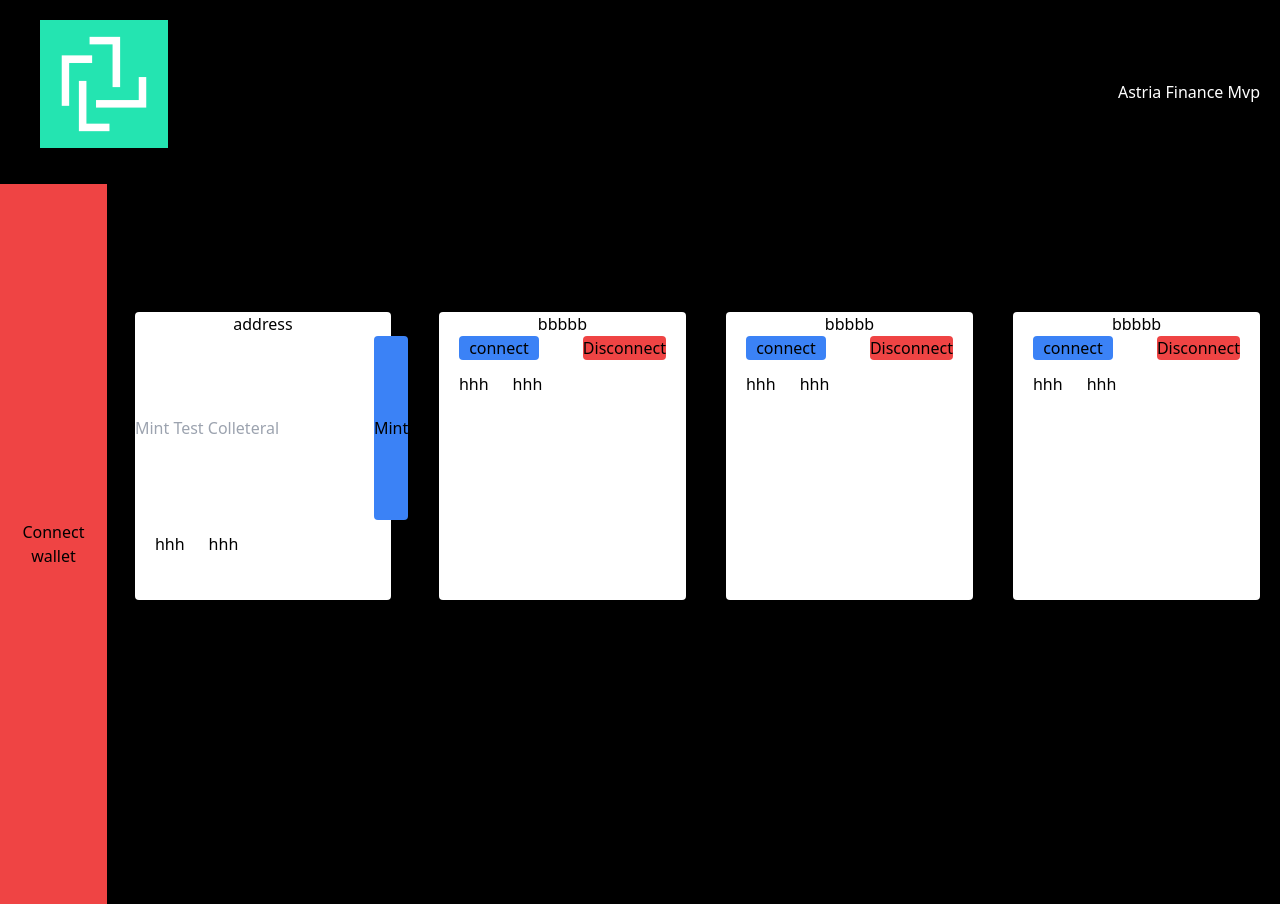
Repository: AstriaFinance/AstriaMvp
Page: /about
The author's editor kept a copy of each file at every save. The page is drawn from the files as they stood at one save, then again after the next save.
The browser window is 1280 px wide. The pictures show the whole page.
The project was rebuilt for these pictures with package versions that can differ from the ones it lists, and the page was loaded fresh each time. Also part of the build but not shown: src/components/About.jsx, src/components/Shop.jsx, src/components/ErrorPage.jsx.

Above is the page before, as saved 2022-06-21 16:13:36.

After the next save:
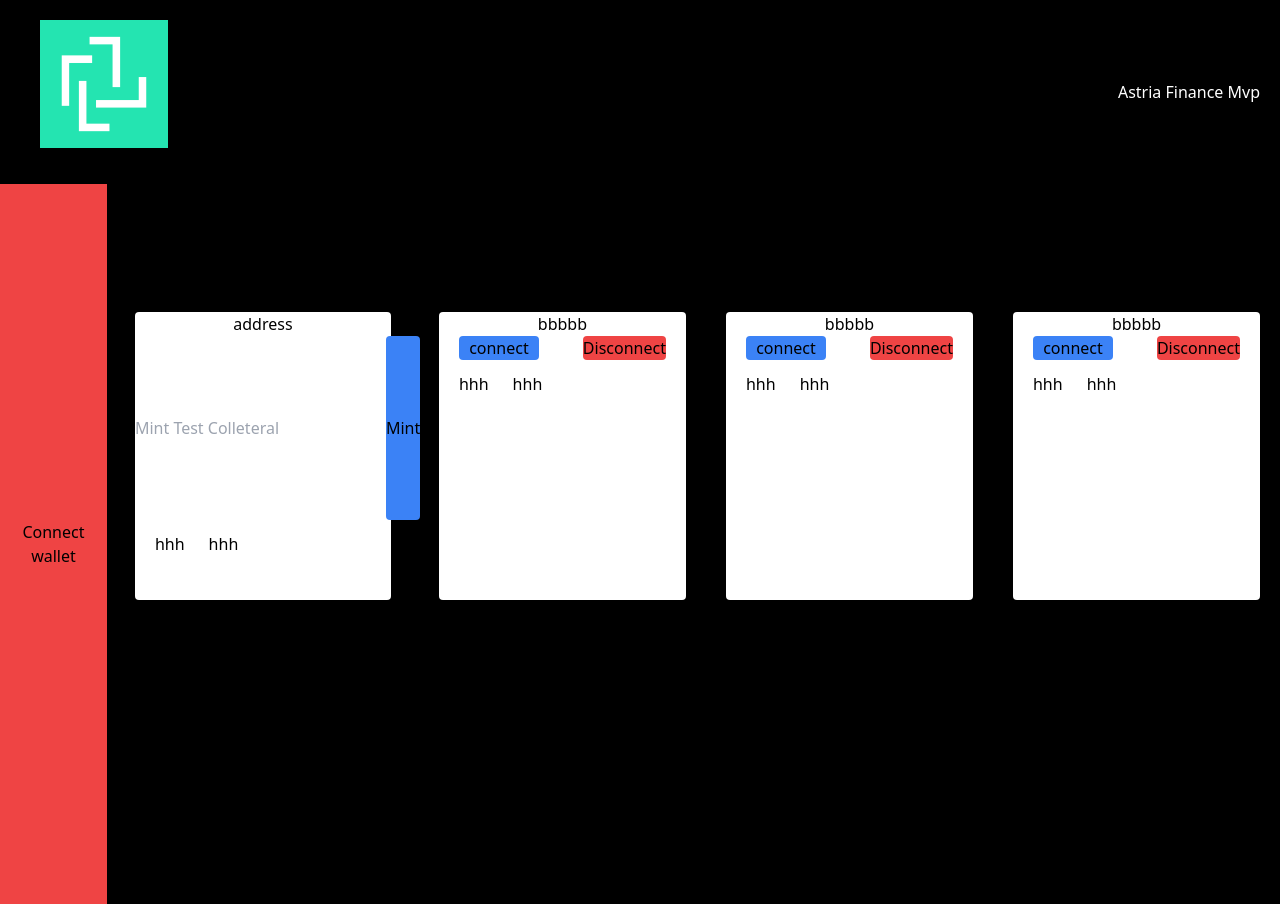
Saved 14 s later.
--- a/src/components/Home.jsx
+++ b/src/components/Home.jsx
@@ -9,7 +9,7 @@ const Home = () => {
   <div className="container flex justify-center">address</div>
   <div className="flex justify-between">
     <input type="text" placeholder='Mint Test Colleteral' className='my-20' />
-    <button className="bg-blue-500 rounded mx-5 w-20 ml-2">Mint</button>
+    <button className="bg-blue-500 rounded mx-5 w-20 mr-2">Mint</button>
   </div>
    <ul className="mx-5 my-3 flex gap-6">
      <li>hhh</li>
